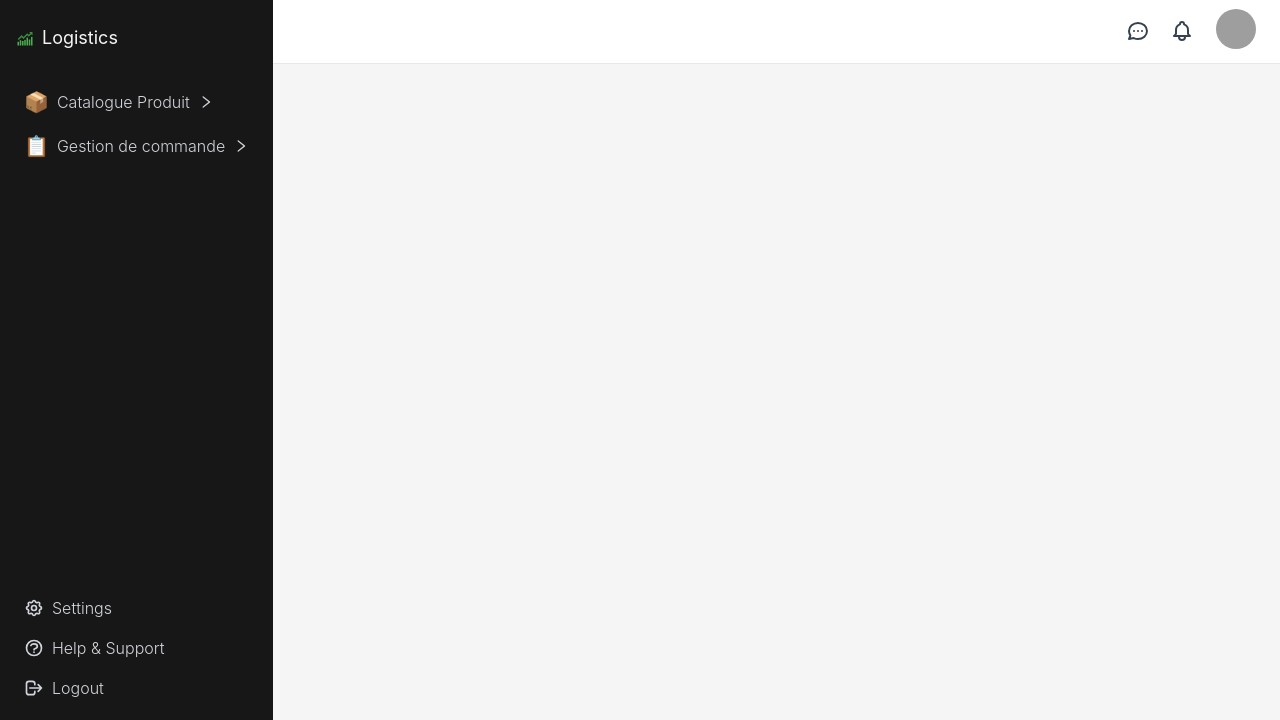
Repository: Mayar2222/Dashboard
Page: /
The author's editor kept a copy of each file at every save. The page is drawn from the files as they stood at one save, then again after a run of saves.
The browser window is 1280 px wide. The pictures show the whole page.
Pictures or frames that could not be fetched are drawn as grey boxes. The project was rebuilt for these pictures with package versions that can differ from the ones it lists, and the page was loaded fresh each time. Also part of the build but not shown: src/components/Categories.jsx, src/components/Produit.jsx.

Above is the page before, as saved 2024-07-28 18:57:23.

### src/App.jsx
import { Route, BrowserRouter as Router, Routes } from "react-router-dom";
import Categories from "./components/Categories";
import Produit from "./components/Produit";
import Layout from "./components/shared/Layout";

function App() {
  return (
      <Router>
      <Routes>
        <Route path="/"  element={<Layout/>}>
          <Route path="Categories"  element={<Categories/>}/>
          <Route path="Produit"  element={<Produit/>}/>



        </Route>
      </Routes>
      </Router>
  );
}

export default App;

### src/index.css
@import url('https://fonts.googleapis.com/css2? family=Poppins:wght@400; 600;700&display=swap');


@tailwind base;
@tailwind components;
@tailwind utilities;

@layer base {
    html {
        font-family: 'Inter', sans-serif;
        line-height: 1.3;
    }
    table {
        /* Add any specific styles for the table here if needed */
    }
    th,
    td {
        @apply py-3 px-2.5 text-sm text-left border-y border-gray-200;
    }
    thead {
        @apply bg-neutral-100;
    }
    th {
        @apply font-semibold;
    }
    a {
        @apply text-sky-500 hover:underline;
    }
}

### src/components/shared/Layout.jsx
import React from 'react'
import { Outlet } from 'react-router-dom'
import Header from './Header'
import Sidebar from './Sidebar'
export default function Layout() {
  return (
    <div className='flex flex-row bg-neutral-100 h-screen w-screen overflow-hidden'>
<Sidebar/>
     <div className='flex-1'>
      <Header/>
      <div className='p-4'>{<Outlet/>}</div>

      </div>


    </div>
  )
}

### src/components/shared/Sidebar.jsx
import React, { useState } from 'react';
import { AiOutlineDown, AiOutlineRight } from 'react-icons/ai';
import { FcBullish } from 'react-icons/fc';
import { HiOutlineLogout } from 'react-icons/hi';
import { Link, useLocation } from 'react-router-dom';
import { DASHBOARD_SIDEBAR_BOTTOM_LINKS, DASHBOARD_SIDEBAR_LINKS } from '../../lib/consts/navigation';

const linkClasses =
  'flex items-center gap-2 font-light px-3 py-2 hover:bg-neutral-800 hover:no-underline active:bg-neutral-600 rounded-sm text-base text-gray-300';

const titleClasses = 'flex items-center gap-2 px-1 py-3 text-neutral-100 text-lg';

export default function Sidebar() {
  const { pathname } = useLocation();
  const [isCatalogueOpen, setIsCatalogueOpen] = useState(false);
  const [isGestionOpen, setIsGestionOpen] = useState(false);

  const toggleCatalogue = () => {
    setIsCatalogueOpen(!isCatalogueOpen);
  };

  const toggleGestion = () => {
    setIsGestionOpen(!isGestionOpen);
  };

  return (
    <div className="bg-neutral-900 w-30 p-3 flex flex-col text-white h-full fixed">
      <div className={titleClasses}>
        <FcBullish />
        <span>Logistics</span>
      </div>
      <div className="flex-1 mt-4">
        <div>
          <button onClick={toggleCatalogue} className={linkClasses}>
            <span className="text-xl">📦</span>
            <span>Catalogue Produit</span>
            {isCatalogueOpen ? <AiOutlineDown /> : <AiOutlineRight />}
          </button>
          {isCatalogueOpen && (
            <div className="ml-6 mt-2">
              <Link to="/categories" className={linkClasses}>
                Catégories du produit
              </Link>
              <Link to="/produit" className={linkClasses}>
                Produit
              </Link>
              <Link to="/spf" className={linkClasses}>
                Spécificités
              </Link>
              <Link to="/historique" className={linkClasses}>
                Historique de stock
              </Link>
              <Link to="/stock" className={linkClasses}>
                Stock
              </Link>
              <Link to="/loc" className={linkClasses}>
              Mes localisations

              </Link>
            </div>
          )}
        </div>

        <div>
          <button onClick={toggleGestion} className={linkClasses}>
            <span className="text-xl">📋</span>
            <span>Gestion de commande</span>
            {isGestionOpen ? <AiOutlineDown /> : <AiOutlineRight />}
          </button>
          {isGestionOpen && (
            <div className="ml-6 mt-2">
              <Link to="/ajoutercomm" className={linkClasses}>

              Ajouter commande
              </Link>
              <Link to="/listecomm" className={linkClasses}>
              Liste des commandes
              </Link>

            </div>
          )}
        </div>

        {DASHBOARD_SIDEBAR_LINKS.filter(link => link.label !== "Catalogue Produit" && link.label !== "Gestion de commande").map(({ key, path, icon, label }) => (
          <Link
            key={key}
            to={path}
            className={`${linkClasses} ${pathname === path ? 'bg-neutral-700' : ''}`}
          >
            {icon && <span className="text-xl">{icon}</span>}
            <span>{label}</span>
          </Link>
        ))}
      </div>
      <div className="mt-4">
        {DASHBOARD_SIDEBAR_BOTTOM_LINKS.map(({ key, path, icon, label }) => (
          <Link
            key={key}
            to={path}
            className={`${linkClasses} ${pathname === path ? 'bg-neutral-700' : ''}`}
          >
            {icon && <span className="text-xl">{icon}</span>}
            <span>{label}</span>
          </Link>
        ))}
        <Link
          to="/logout" // Adjust the path as needed
          className={linkClasses}
        >
          <HiOutlineLogout className="text-xl" />
          <span>Logout</span>
        </Link>
      </div>
    </div>
  );
}

### src/components/shared/Header.jsx
import { Menu, Popover, Transition } from '@headlessui/react';
import React, { Fragment } from 'react';
import { HiOutlineBell, HiOutlineChat } from 'react-icons/hi';

export default function Header() {
  return (
    <div className='bg-white h-16 px-4 flex justify-between items-center border-b border-gray-200'>
      <div className='relative'>

      </div>
      <div className="flex items-center gap-2 mr-2">
        <Popover className="relative">
          {({ open }) => (
            <>
              <Popover.Button
                className={`p-1.5 rounded-sm inline-flex items-center ${open ? 'text-gray-900' : 'text-gray-700 hover:text-gray-900'} focus:outline-none`}
              >
                <HiOutlineChat fontSize={24} />
              </Popover.Button>
              <Transition
                as={Fragment}
                enter="transition ease-out duration-200"
                enterFrom="opacity-0 translate-y-1"
                enterTo="opacity-100 translate-y-0"
                leave="transition ease-in duration-150"
                leaveFrom="opacity-100 translate-y-0"
                leaveTo="opacity-0 translate-y-1"
              >
                <Popover.Panel className="absolute right-0 z-10 mt-2.5 w-80">
                  <div className="bg-white rounded-sm shadow-md ring-1 ring-black ring-opacity-5 px-2 py-2.5">
                    <strong className="text-gray-700 font-medium">Messages</strong>
                    <div className="mt-2">This is the messages panel!</div>
                  </div>
                </Popover.Panel>
              </Transition>
            </>
          )}
        </Popover>

        <Popover className="relative">
          {({ open }) => (
            <>
              <Popover.Button
                className={`p-1.5 rounded-sm inline-flex items-center ${open ? 'text-gray-900' : 'text-gray-700 hover:text-gray-900'} focus:outline-none`}
              >
                <HiOutlineBell fontSize={24} />
              </Popover.Button>
              <Transition
                as={Fragment}
                enter="transition ease-out duration-200"
                enterFrom="opacity-0 translate-y-1"
                enterTo="opacity-100 translate-y-0"
                leave="transition ease-in duration-150"
                leaveFrom="opacity-100 translate-y-0"
                leaveTo="opacity-0 translate-y-1"
              >
                <Popover.Panel className="absolute right-0 z-10 mt-2.5 w-80">
                  <div className="bg-white rounded-sm shadow-md ring-1 ring-black ring-opacity-5 px-2 py-2.5">
                    <strong className="text-gray-700 font-medium">Notifications</strong>
                    <div className="mt-2">This is the notifications panel!</div>
                  </div>
                </Popover.Panel>
              </Transition>
            </>
          )}
        </Popover>

        <Menu as="div" className="relative">
          <div>
            <Menu.Button className="ml-2 inline-flex">
              <span className='sr-only'>Open user menu</span>
              <div className='h-10 w-10 rounded-full bg-sky-500 bg-cover bg-no-repeat bg-center' style={{backgroundImage: 'url("https://images.unsplash.com/photo-1529626455594-4ff0802cfb7e?crop=faces&fit=crop&w=80&h=80&q=80")'}}>
                <span className='sr-only'>Mayar</span>
              </div>
            </Menu.Button>
          </div>
          <Transition
            as={Fragment}
            enter="transition ease-out duration-200"
            enterFrom="opacity-0 translate-y-1"
            enterTo="opacity-100 translate-y-0"
            leave="transition ease-in duration-150"
            leaveFrom="opacity-100 translate-y-0"
            leaveTo="opacity-0 translate-y-1"
          >
            <Menu.Items className="absolute right-0 mt-2 w-48 origin-top-right bg-white border border-gray-200 divide-y divide-gray-100 rounded-md shadow-lg outline-none">
              <div className="px-4 py-3">
                <p className="text-sm">Signed in as</p>
                <p className="text-sm font-medium text-gray-900 truncate">Mayar</p>
              </div>
              <div className="py-1">
                <Menu.Item>
                  {({ active }) => (
                    <a
                      href="/profile"
                      className={`${
                        active ? 'bg-gray-100 text-gray-900' : 'text-gray-700'
                      } flex justify-between w-full px-4 py-2 text-sm leading-5 text-left`}
                    >
                      Your Profile
                    </a>
                  )}
                </Menu.Item>
                <Menu.Item>
                  {({ active }) => (
                    <a
                      href="/settings"
                      className={`${
                        active ? 'bg-gray-100 text-gray-900' : 'text-gray-700'
                      } flex justify-between w-full px-4 py-2 text-sm leading-5 text-left`}
                    >
                      Settings
                    </a>
                  )}
                </Menu.Item>
              </div>
              <div className="py-1">
                <Menu.Item>
                  {({ active }) => (
                    <a
                      href="/logout"
                      className={`${
                        active ? 'bg-gray-100 text-gray-900' : 'text-gray-700'
                      } flex justify-between w-full px-4 py-2 text-sm leading-5 text-left`}
                    >
                      Sign out
                    </a>
                  )}
                </Menu.Item>
              </div>
            </Menu.Items>
          </Transition>
        </Menu>
      </div>
    </div>
  );
}

### src/lib/consts/navigation.jsx
import {
	HiOutlineCog,
	HiOutlineCube,
	HiOutlineQuestionMarkCircle
} from 'react-icons/hi'

export const DASHBOARD_SIDEBAR_LINKS = [

	{
		key: 'CatalogueProduits',
		label: 'Catalogue Produit',
		path: '/CatalogueProduits',
		icon: <HiOutlineCube />
	},



]

export const DASHBOARD_SIDEBAR_BOTTOM_LINKS = [
	{
		key: 'settings',
		label: 'Settings',
		path: '/settings',
		icon: <HiOutlineCog />
	},
	{
		key: 'support',
		label: 'Help & Support',
		path: '/support',
		icon: <HiOutlineQuestionMarkCircle />
	}
]

Loaded but not shown: public/index.html (common file); src/index.js (common file); tailwind.config.js (common file)

After the next 2 saves:
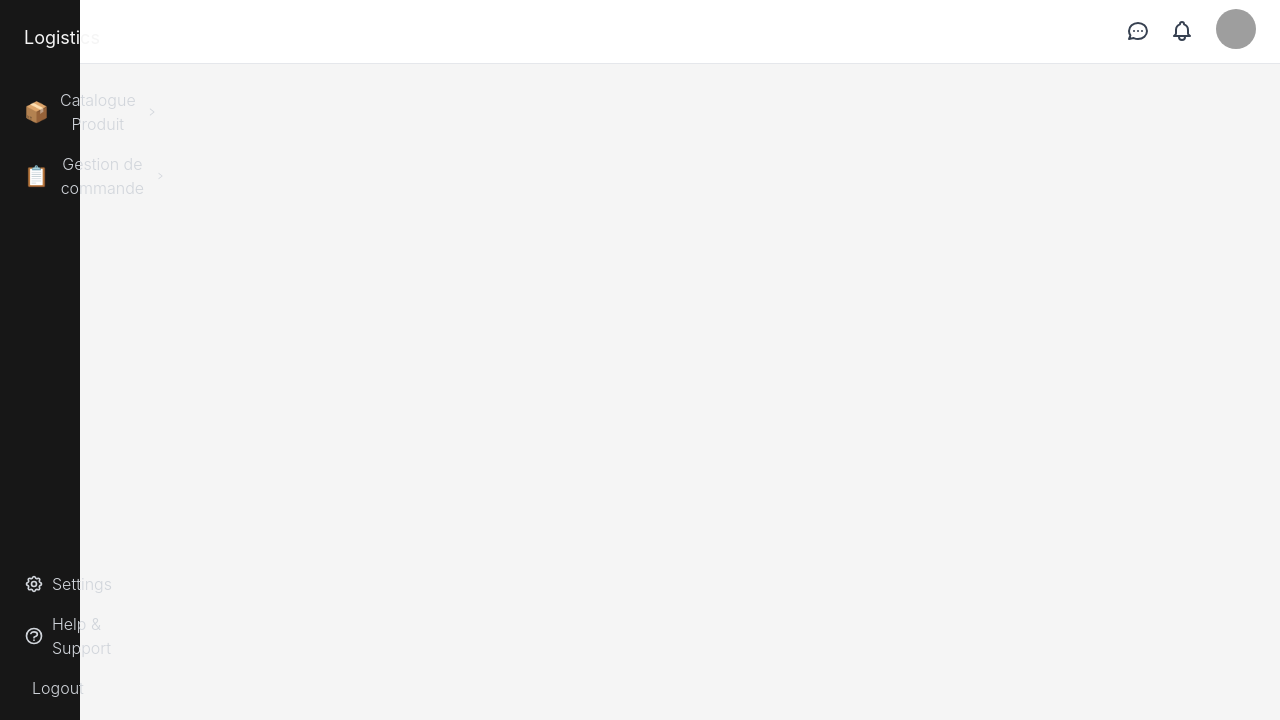
The 2 saves are shown as one change because they came seconds apart.
The last was saved 19 s later.
--- a/src/components/shared/Sidebar.jsx
+++ b/src/components/shared/Sidebar.jsx
@@ -24,7 +24,7 @@ export default function Sidebar() {
   };
 
   return (
-    <div className="bg-neutral-900 w-30 p-3 flex flex-col text-white h-full fixed">
+    <div className="bg-neutral-900 w-20 p-3 flex flex-col text-white h-full fixed">
       <div className={titleClasses}>
         <FcBullish />
         <span>Logistics</span>
